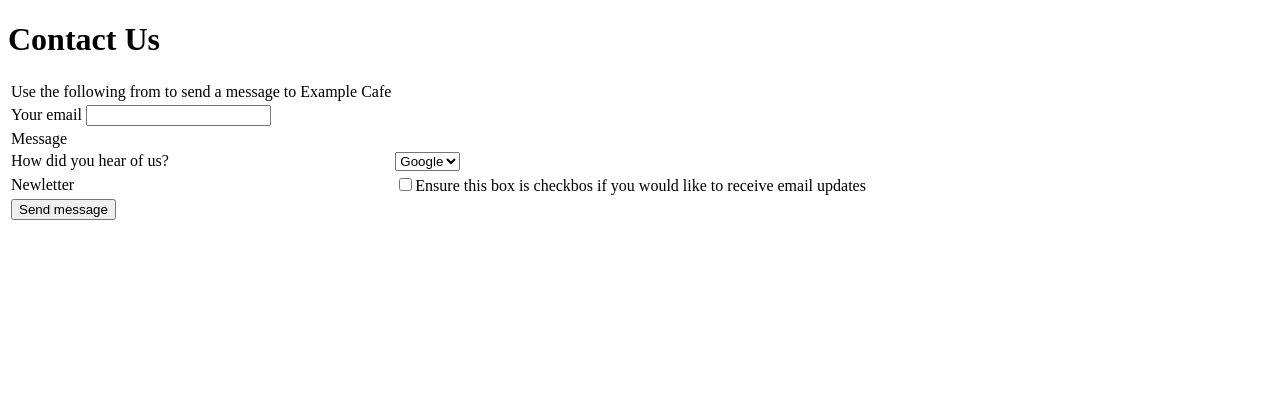
Repository: PhamChiXuan1/HTCNW_tuan3_DHCNTT16C_PhamChiXuan_20030131
Page: bt14.html
An editor plug-in stored every save of this project. The page is shown before and after the next save, followed by the edit.
The browser window is 1280 px wide. The pictures show the whole page.

Above is the page before, as saved 2022-02-28 12:43:36.

### bt14.html
<!DOCTYPE html>
<html lang="en">
<head>
    <meta charset="UTF-8">
    <meta http-equiv="X-UA-Compatible" content="IE=edge">
    <meta name="viewport" content="width=device-width, initial-scale=1.0">
    <title>Document</title>
</head>
<body>
    <table>
        <H1>Contact Us</H1>
        <tr>
            <td>Use the following from to send a message to Example Cafe</td>
        </tr>
        <tr>
            <td>
                Your email
                <input type="text">
            </td>
        </tr>
        <tr>
            <td>
                Message
            </td>

        </tr>
        <tr>
            <td>How did you hear of us?</td>
            <td>
                <select>
                    <option>Google</option>
                </select>
            </td>
        </tr>
        <tr>
            <td>Newletter</td>
            <td>
                <input type="checkbox" value="checkbox">Ensure this box is checkbos if you would like to receive email updates
            </td>
        </tr>
        <tr>
            <td>
                <input type="submit" value="Send message">
            </td>
        </tr>
    </table>
</body>
</html>

After the next save:
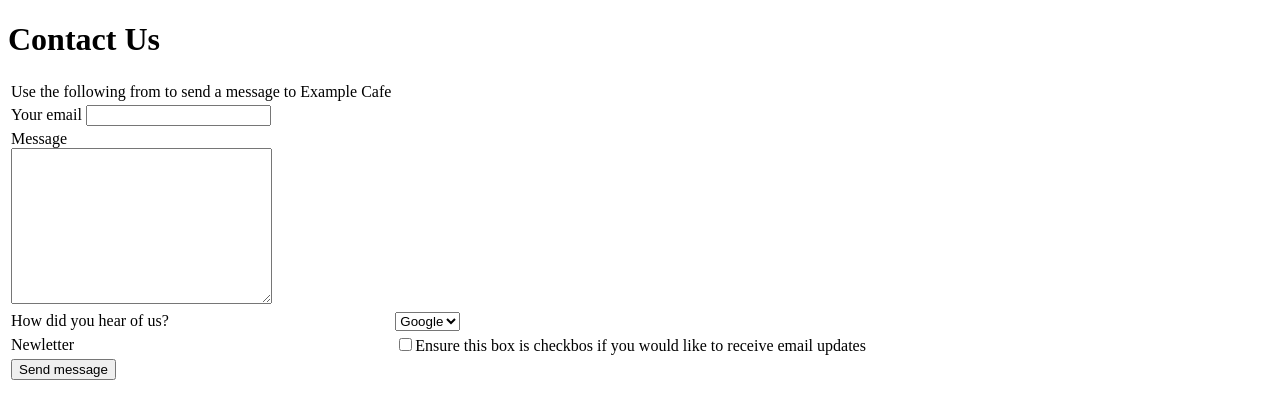
Saved 11 s later.
--- a/bt14.html
+++ b/bt14.html
@@ -21,6 +21,8 @@
         <tr>
             <td>
                 Message
+                <br>
+                <textarea name="" id="" cols="30" rows="10"></textarea>
             </td>
 
         </tr>
